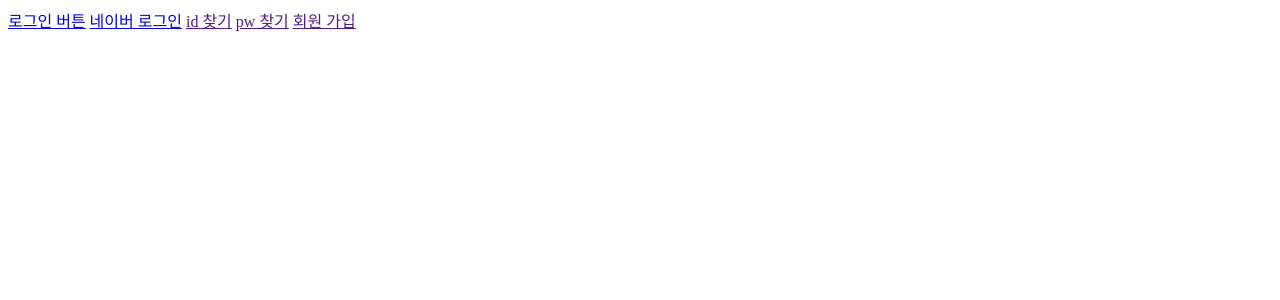
Repository: ih0615/project
Page: http://localhost/kkyochon/views/member/loginForm.jsp
These files come from the project's save history. The page is drawn as it stood at one moment and after the next save; the edit follows.
The browser window is 1280 px wide. The pictures show the whole page.
The page is served by Tomcat 9. Nobody is signed in. The application's start-up code is not run.

Above is the page before, as saved 2020-12-04 03:23:23.

After the next save:
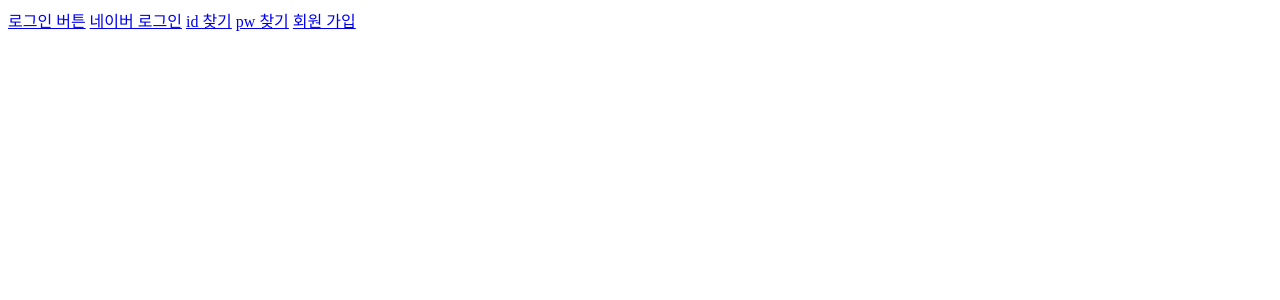
Saved 113 s later.
--- a/kkyochon/WebContent/views/member/loginForm.jsp
+++ b/kkyochon/WebContent/views/member/loginForm.jsp
@@ -9,8 +9,8 @@
 <body>
 <a href="/member/loginProc">로그인 버튼</a>
 <a href="/member/naverLoginProc">네이버 로그인</a>
-<a href="">id 찾기</a>
-<a href="">pw 찾기</a>
-<a href="">회원 가입</a>
+<a href="/member/findIdForm">id 찾기</a>
+<a href="/member/findPwForm">pw 찾기</a>
+<a href="/member/registerMemberForm">회원 가입</a>
 </body>
 </html>
